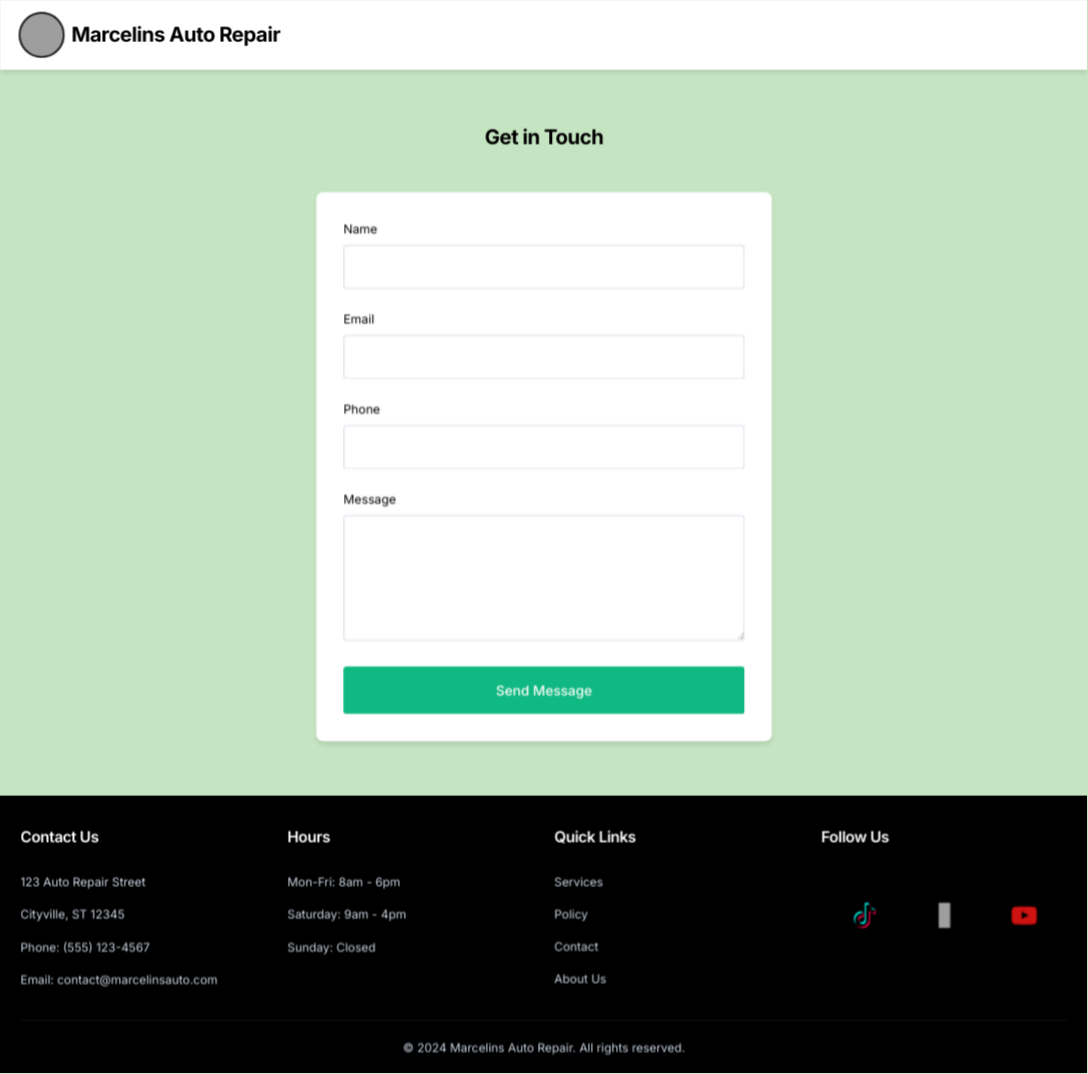
Repository: ilovegames507/twebsite-2
Page: frontend/public/contact.html
These files come from the project's save history. The page is drawn as it stood at one moment and after the next save; the edit follows.
The browser window is 1280 px wide. The pictures show the whole page, at 85% of full size.
Pictures or frames that could not be fetched are drawn as grey boxes.

Above is the page before, as saved 2025-03-18 21:40:08.

After the next save:
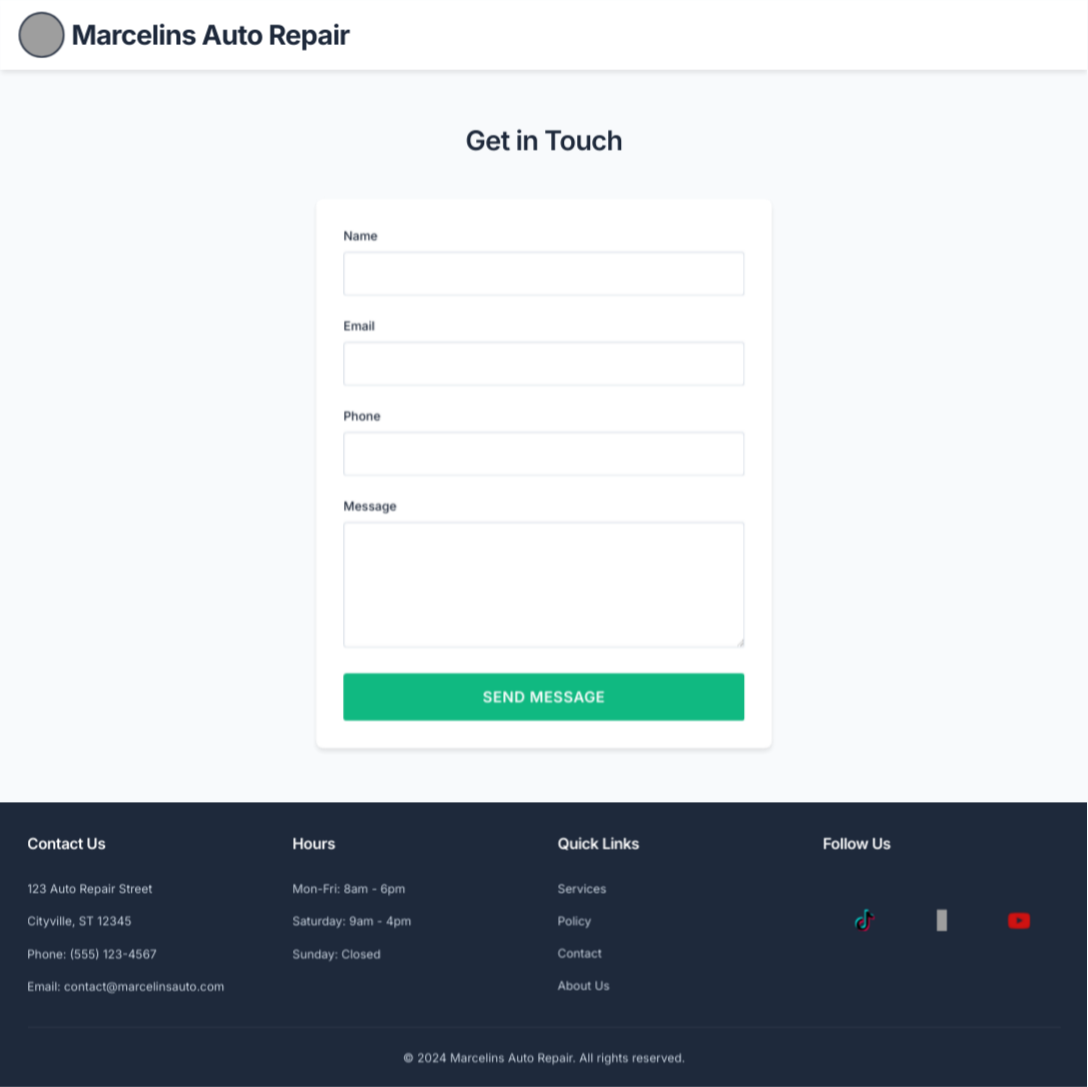
Saved 17 min 43 s later.
--- a/frontend/public/styles/components/contact.css
+++ b/frontend/public/styles/components/contact.css
@@ -1,9 +1,38 @@
-.contact-section {
+:root {
+    --clr-dark: #1e293b;
+    --clr-light: #f8fafc;
+    --clr-green: #10b981;
+    --clr-green-hvr: #059669;
+    --clr-slate300: #cbd5e1;
+    --size-base: 1rem;
+    --size-xl: 1.5rem;
+    --size-2xl: 2rem;
+    --transition: all 0.3s ease;
+  }
+
+  * {
+    box-sizing: border-box;
+    margin: 0;
+    padding: 0;
+  }
+
+  body {
+    overflow-x: hidden;
+    min-height: 100vh;
+    display: flex;
+    flex-direction: column;
+    font-family: 'Inter', sans-serif;
+    line-height: 1.6;
+  }
+
+  .contact-section {
+    flex: 1;
+    width: 100%;
     padding: 2rem 0;
     background-color: var(--clr-light);
-    min-height: calc(100vh - 82px);
     display: flex;
-    align-items: center;
+    align-items: flex-start;
+    transition: var(--transition);
   }
 
   .contact-container {
@@ -11,6 +40,7 @@
     max-width: 600px;
     margin: 0 auto;
     padding: 0 1rem;
+    transition: height 0.3s ease;
   }
 
   .contact-title {
@@ -18,6 +48,7 @@
     color: var(--clr-dark);
     text-align: center;
     margin-bottom: 2rem;
+    font-weight: 600;
   }
 
   .contact-form {
@@ -25,6 +56,7 @@
     padding: 1.5rem;
     border-radius: 0.5rem;
     box-shadow: 0 4px 6px rgba(0, 0, 0, 0.1);
+    transition: var(--transition);
   }
 
   .form-group {
@@ -36,6 +68,7 @@
     margin-bottom: 0.5rem;
     color: var(--clr-dark);
     font-size: 0.9rem;
+    font-weight: 500;
   }
 
   .form-group input,
@@ -45,12 +78,21 @@
     border: 1px solid var(--clr-slate300);
     border-radius: 0.25rem;
     font-size: 1rem;
-    transition: border-color 0.3s ease;
+    transition: var(--transition);
+    font-family: inherit;
+  }
+
+  .form-group input:focus,
+  .form-group textarea:focus {
+    outline: none;
+    border-color: var(--clr-green);
+    box-shadow: 0 0 0 3px rgba(16, 185, 129, 0.1);
   }
 
   textarea {
     resize: vertical;
     min-height: 120px;
+    max-height: 400px;
   }
 
   .submit-btn {
@@ -62,12 +104,15 @@
     font-size: 1rem;
     cursor: pointer;
     width: 100%;
-    transition: background-color 0.3s ease;
-    font-weight: 500;
+    transition: var(--transition);
+    font-weight: 600;
+    text-transform: uppercase;
+    letter-spacing: 0.5px;
   }
 
   .submit-btn:hover {
-    background-color: #059669;
+    background-color: var(--clr-green-hvr);
+    transform: translateY(-1px);
   }
 
   @media (min-width: 768px) {
@@ -94,6 +139,7 @@
 
     .submit-btn {
       padding: 1rem 2rem;
+      font-size: 1.1rem;
     }
   }
 
@@ -110,5 +156,18 @@
 
     .submit-btn {
       font-size: 0.9rem;
+      padding: 0.7rem;
+    }
+
+    .contact-title {
+      font-size: 1.25rem;
     }
   }
+
+  /* Prevent zoom on mobile input focus */
+  @media screen and (max-width: 767px) {
+    input,
+    textarea {
+      font-size: 16px !important;
+    }
+  }

After the save that followed:
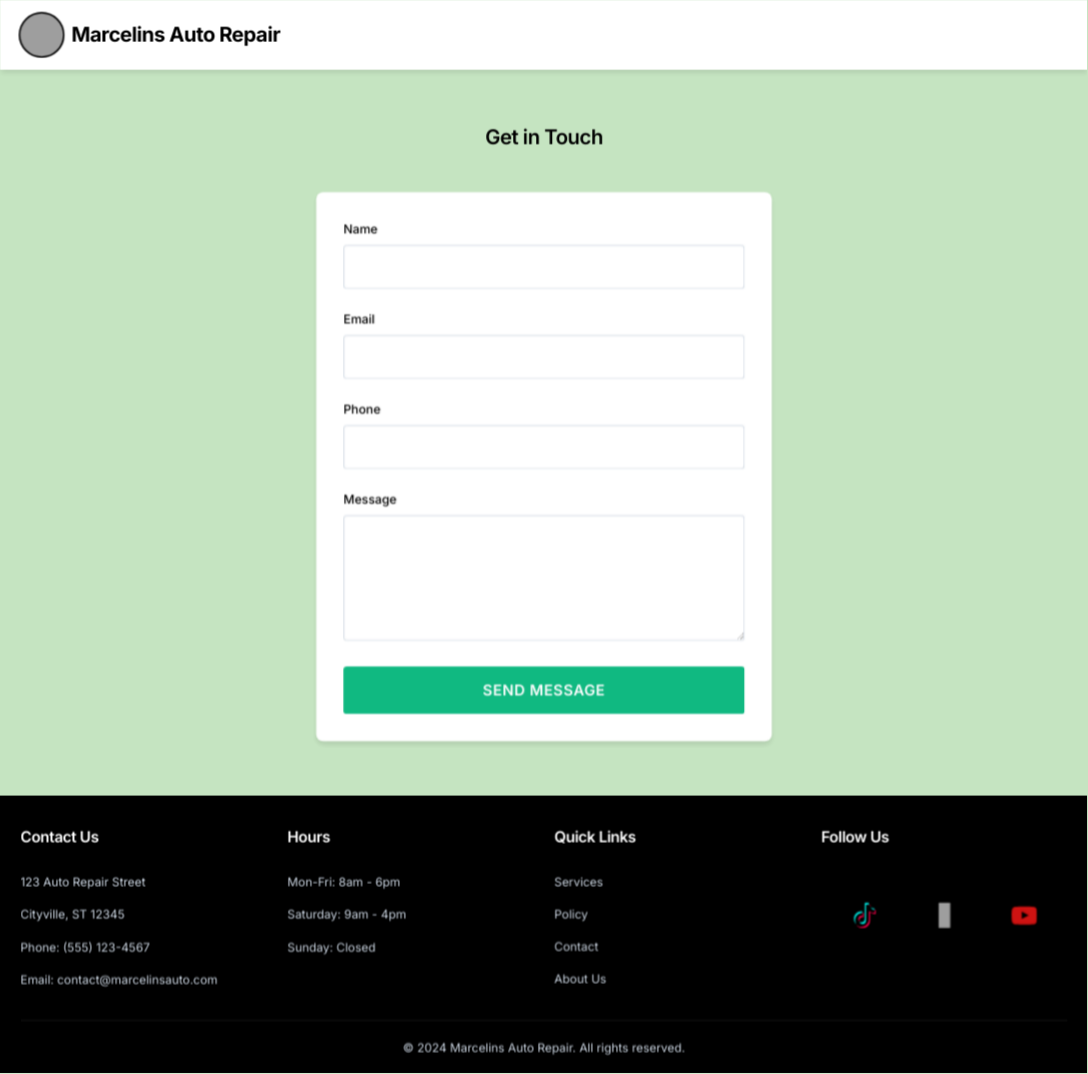
Saved 12 s later.
--- a/frontend/public/styles/components/contact.css
+++ b/frontend/public/styles/components/contact.css
@@ -1,30 +1,3 @@
-:root {
-    --clr-dark: #1e293b;
-    --clr-light: #f8fafc;
-    --clr-green: #10b981;
-    --clr-green-hvr: #059669;
-    --clr-slate300: #cbd5e1;
-    --size-base: 1rem;
-    --size-xl: 1.5rem;
-    --size-2xl: 2rem;
-    --transition: all 0.3s ease;
-  }
-
-  * {
-    box-sizing: border-box;
-    margin: 0;
-    padding: 0;
-  }
-
-  body {
-    overflow-x: hidden;
-    min-height: 100vh;
-    display: flex;
-    flex-direction: column;
-    font-family: 'Inter', sans-serif;
-    line-height: 1.6;
-  }
-
   .contact-section {
     flex: 1;
     width: 100%;
